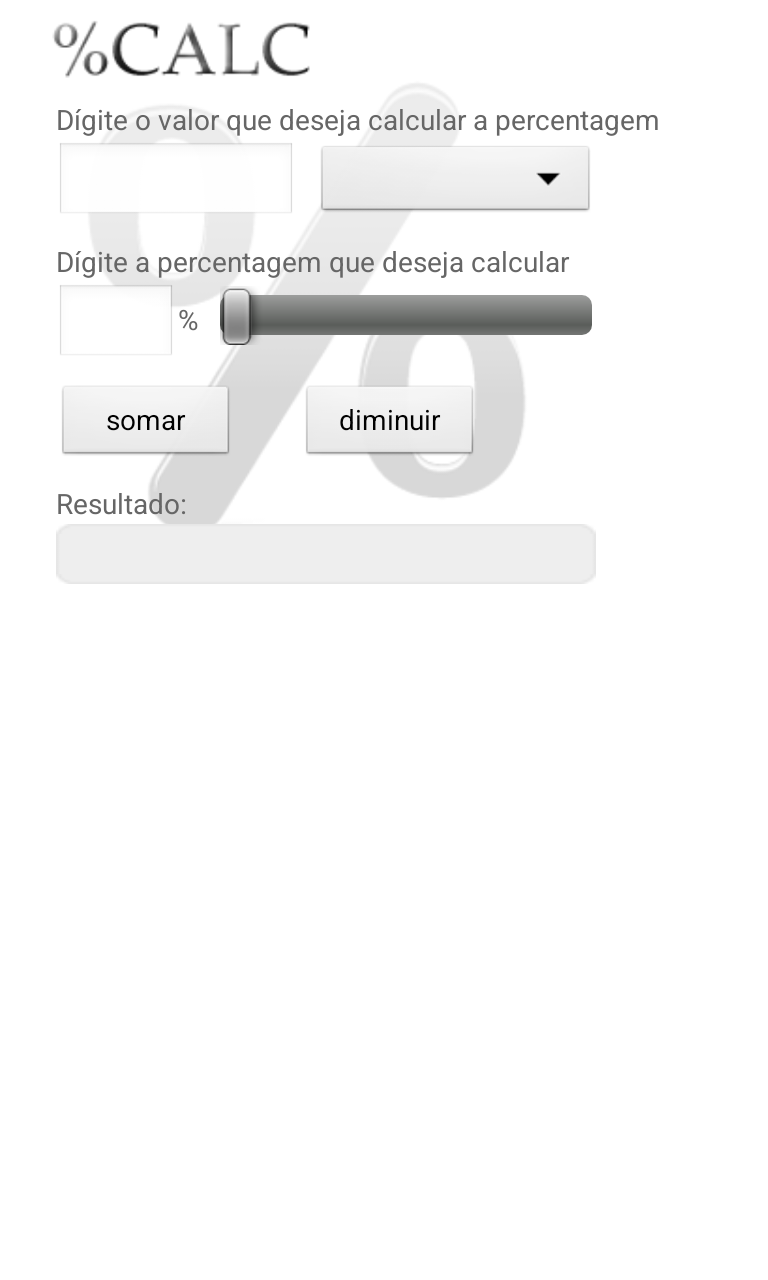
Repository: leoclaro/percentcalc
Layout: CalcularPercentagem/res/layout/main.xml
An editor plug-in stored every save of this project. The layout is shown before and after the next save, followed by the edit.
It is drawn on a 768 x 1280 px phone screen (xhdpi) without system bars, with theme android:Theme; the app's code is not run.

Above is the layout before, as saved 2012-05-09 19:17:20.

### CalcularPercentagem/res/layout/main.xml
<?xml version="1.0" encoding="utf-8"?>
<RelativeLayout xmlns:android="http://schemas.android.com/apk/res/android"
    android:layout_width="fill_parent"
    android:layout_height="fill_parent"
    android:background="@android:color/white" >

    <ImageView
        android:id="@+id/imageViewBG"
        android:layout_width="300dp"
        android:layout_height="300dp"
        android:layout_marginTop="5dp"
        android:contentDescription="@string/image_bg"
        android:src="@drawable/bg" />

    <ScrollView
        android:id="@+id/scrollView1"
        android:layout_width="wrap_content"
        android:layout_height="wrap_content"
        android:layout_marginTop="50dp"
        android:layout_marginBottom="10dp" >

        <RelativeLayout xmlns:android="http://schemas.android.com/apk/res/android"
		    android:layout_width="fill_parent"
		    android:layout_height="wrap_content" >

		    <TextView
		        android:id="@+id/textViewValor"
		        android:layout_width="fill_parent"
		        android:layout_height="wrap_content"
		        android:layout_alignParentLeft="true"
		        android:layout_alignParentTop="true"
		        android:layout_marginLeft="28dp"
		        android:text="@string/label_valor"
		        android:textColor="#ff666666" />

		    <EditText
		        android:id="@+id/editTextValor"
		        android:layout_width="120dp"
		        android:layout_height="40dp"
		        android:layout_alignLeft="@+id/textViewValor"
		        android:layout_below="@+id/textViewValor"
		        android:layout_marginTop="2dp"
		        android:ems="10"
		        android:inputType="numberDecimal" />

		    <Spinner
		        android:id="@+id/spinnerParcelas"
		        android:layout_width="140dp"
		        android:layout_height="40dp"
		        android:layout_below="@+id/textViewValor"
		        android:layout_marginLeft="158dp"
		        android:layout_marginTop="2dp"
		        android:prompt="@array/spinner_parcelas" />

		    <TextView
		        android:id="@+id/textViewPercentagem"
		        android:layout_width="fill_parent"
		        android:layout_height="wrap_content"
		        android:layout_alignLeft="@+id/textViewValor"
		        android:layout_below="@+id/editTextValor"
		        android:layout_marginTop="10dp"
		        android:text="@string/label_percentagem"
		        android:textColor="#ff666666" />

		    <EditText
		        android:id="@+id/editTextPercentagem"
		        android:layout_width="60dp"
		        android:layout_height="40dp"
		        android:layout_alignLeft="@+id/textViewValor"
		        android:layout_below="@+id/textViewPercentagem"
		        android:layout_marginTop="2dp"
		        android:ems="6"
		        android:inputType="numberDecimal" />

		    <TextView
		        android:id="@+id/textViewPercentagemSinal"
		        android:layout_width="fill_parent"
		        android:layout_height="wrap_content"
		        android:layout_below="@+id/textViewPercentagem"
		        android:layout_marginLeft="89dp"
		        android:layout_marginTop="10dp"
		        android:text="@string/label_percentagem_sinal"
		        android:textColor="#ff666666" />

		    <SeekBar
		        android:id="@+id/seekBarPercentagem"
		        android:layout_width="186dp"
		        android:layout_height="wrap_content"
		        android:layout_below="@+id/textViewPercentagem"
		        android:layout_marginLeft="110dp"
		        android:layout_marginTop="3dp"
		        android:max="1000" />

		    <Button
		        android:id="@+id/buttonSomar"
		        android:layout_width="90dp"
		        android:layout_height="40dp"
		        android:layout_alignLeft="@+id/textViewValor"
		        android:layout_below="@+id/editTextPercentagem"
		        android:layout_marginTop="10dp"
		        android:text="@string/button_somar" />

		    <Button
		        android:id="@+id/buttonDiminuir"
		        android:layout_width="90dp"
		        android:layout_height="40dp"
		        android:layout_below="@+id/editTextPercentagem"
		        android:layout_marginLeft="150dp"
		        android:layout_marginTop="10dp"
		        android:text="@string/button_diminuir" />

		    <TextView
	            android:id="@+id/textViewLabelResultado"
	            android:layout_width="fill_parent"
	            android:layout_height="wrap_content"
	            android:layout_alignLeft="@+id/textViewValor"
	            android:layout_marginTop="10dp"
	            android:layout_below="@+id/buttonSomar"
	            android:text="@string/label_resultado"
	            android:textColor="#ff666666" />

		    <RelativeLayout
		        android:id="@+id/relativeLayoutBgResultadoTop"
		        android:layout_width="270dp"
		        android:layout_height="5dp"
		        android:layout_below="@+id/textViewLabelResultado"
		        android:layout_marginTop="1dp"
		        android:layout_alignLeft="@+id/textViewValor"
		        android:background="@drawable/bg_resultado_top">
			</RelativeLayout>

		    <RelativeLayout
		        android:id="@+id/relativeLayoutBgResultado"
		        android:layout_width="270dp"
		        android:layout_height="wrap_content"
		        android:layout_alignLeft="@+id/textViewValor"
		        android:layout_below="@+id/relativeLayoutBgResultadoTop"
		        android:background="@drawable/bg_resultado" >

		        <TextView
		            android:id="@+id/textViewResultado"
		            android:layout_width="fill_parent"
		            android:layout_height="wrap_content"
		            android:layout_marginLeft="12dp"
		            android:layout_marginTop="1dp"
		            android:textColor="#ff666666" />

		    </RelativeLayout>

		    <RelativeLayout
		        android:id="@+id/relativeLayoutBgResultadoBottom"
		        android:layout_width="270dp"
		        android:layout_height="5dp"
		        android:layout_below="@+id/relativeLayoutBgResultado"
		        android:layout_alignLeft="@+id/textViewValor"
		        android:background="@drawable/bg_resultado_bottom">
			</RelativeLayout>

        </RelativeLayout>
    </ScrollView>

</RelativeLayout>

### CalcularPercentagem/res/values/strings.xml
<?xml version="1.0" encoding="utf-8"?>
<resources>

    <string name="label_valor">Dígite o valor que deseja calcular a percentagem</string>
    <string name="app_name">Calcular Percentagem</string>
    <string name="label_percentagem">Dígite a percentagem que deseja calcular</string>
    <string name="label_percentagem_sinal">%</string>
    <string name="label_sobre">sobre</string>
    <string name="button_somar">somar</string>
    <string name="button_diminuir">diminuir</string>
    <string name="image_bg">fundo</string>
    <string name="label_resultado">Resultado: </string>
    <string-array name="spinner_parcelas">
        <item>meses</item>
        <item>1</item>
        <item>2</item>
        <item>3</item>
        <item>4</item>
        <item>5</item>
        <item>6</item>
        <item>7</item>
        <item>8</item>
        <item>9</item>
        <item>10</item>
        <item>11</item>
        <item>12</item>
    </string-array>

</resources>

After the next save:
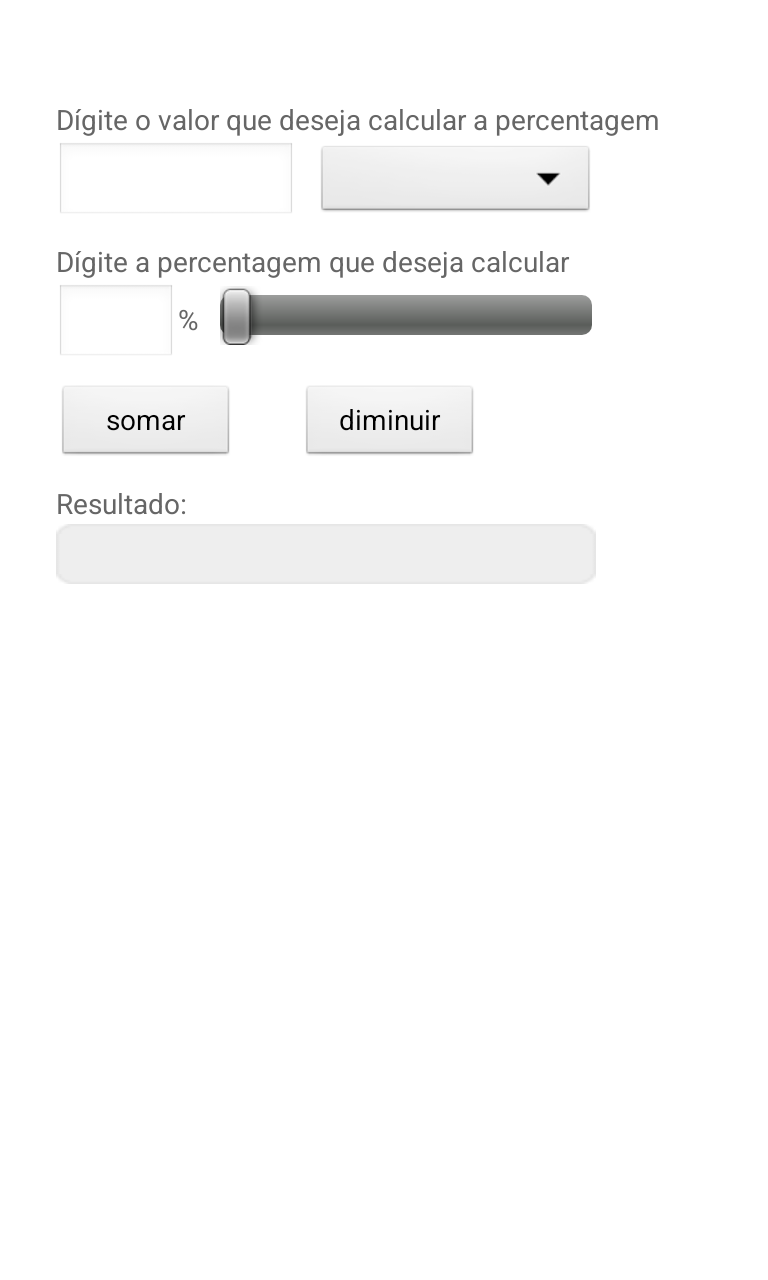
Saved 18 h 30 min later.
--- a/CalcularPercentagem/res/layout/main.xml
+++ b/CalcularPercentagem/res/layout/main.xml
@@ -4,8 +4,7 @@
     android:layout_height="fill_parent"
     android:background="@android:color/white" >
 
-    <ImageView
-        android:id="@+id/imageViewBG"
+    <RelativeLayout
         android:layout_width="300dp"
         android:layout_height="300dp"
         android:layout_marginTop="5dp"

After the save that followed:
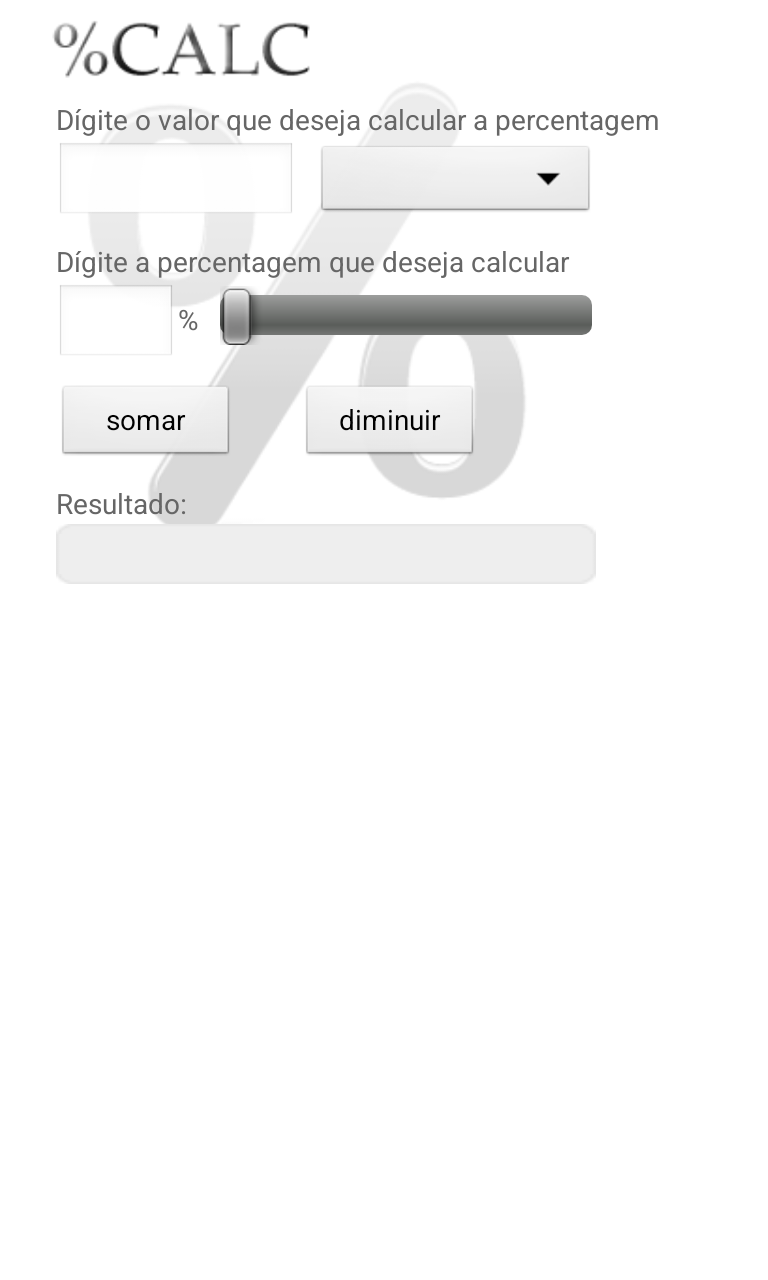
Saved 11 s later.
--- a/CalcularPercentagem/res/layout/main.xml
+++ b/CalcularPercentagem/res/layout/main.xml
@@ -9,7 +9,7 @@
         android:layout_height="300dp"
         android:layout_marginTop="5dp"
         android:contentDescription="@string/image_bg"
-        android:src="@drawable/bg" />
+        android:background="@drawable/bg" />
 
     <ScrollView
         android:id="@+id/scrollView1"
